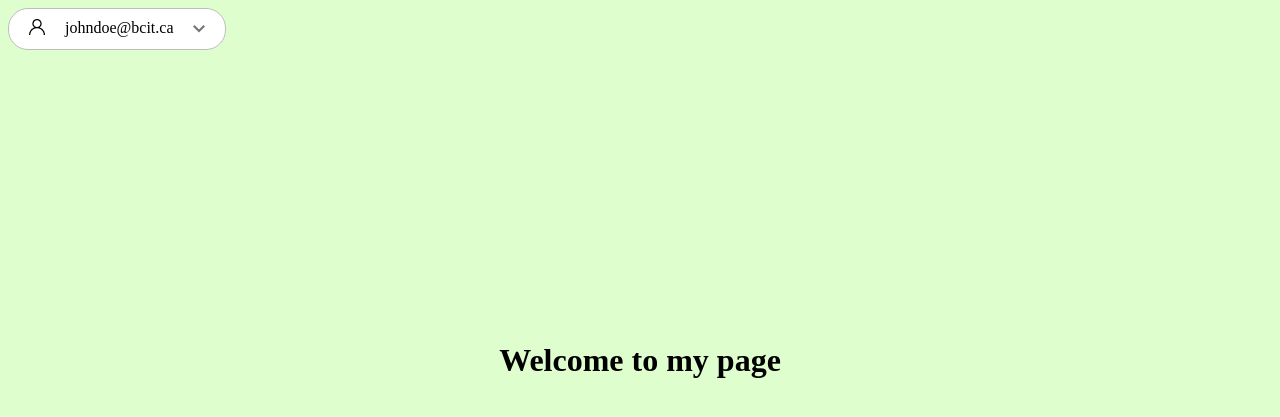
Repository: yafugray/practicemdia3126
Page: /
These files come from the project's save history. The page is drawn as it stood at one moment and after the next save; the edit follows.
The browser window is 1280 px wide. The pictures show the whole page.
The project was rebuilt for these pictures with package versions that can differ from the ones it lists, and the page was loaded fresh each time. The framework's server and built-in components were replaced by stand-ins that run in the browser.

Above is the page before, as saved 2020-12-18 23:41:10.

After the next save:
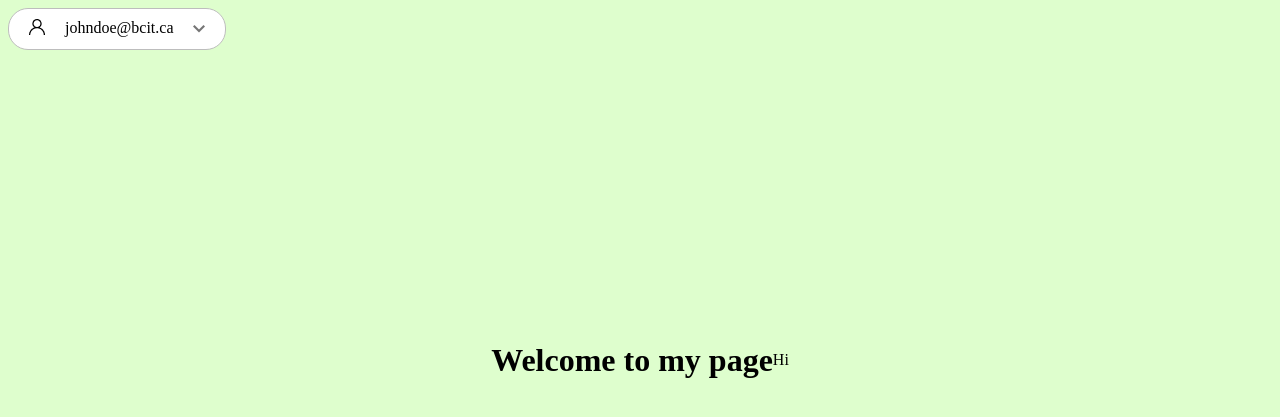
Saved 11 s later.
--- a/pages/index.js
+++ b/pages/index.js
@@ -8,6 +8,7 @@ export default function Home() {
     <div className="content">
       <Content >
         <h1>Welcome to my page</h1>
+        <div>Hi</div>
       </Content>
     </div>
 
